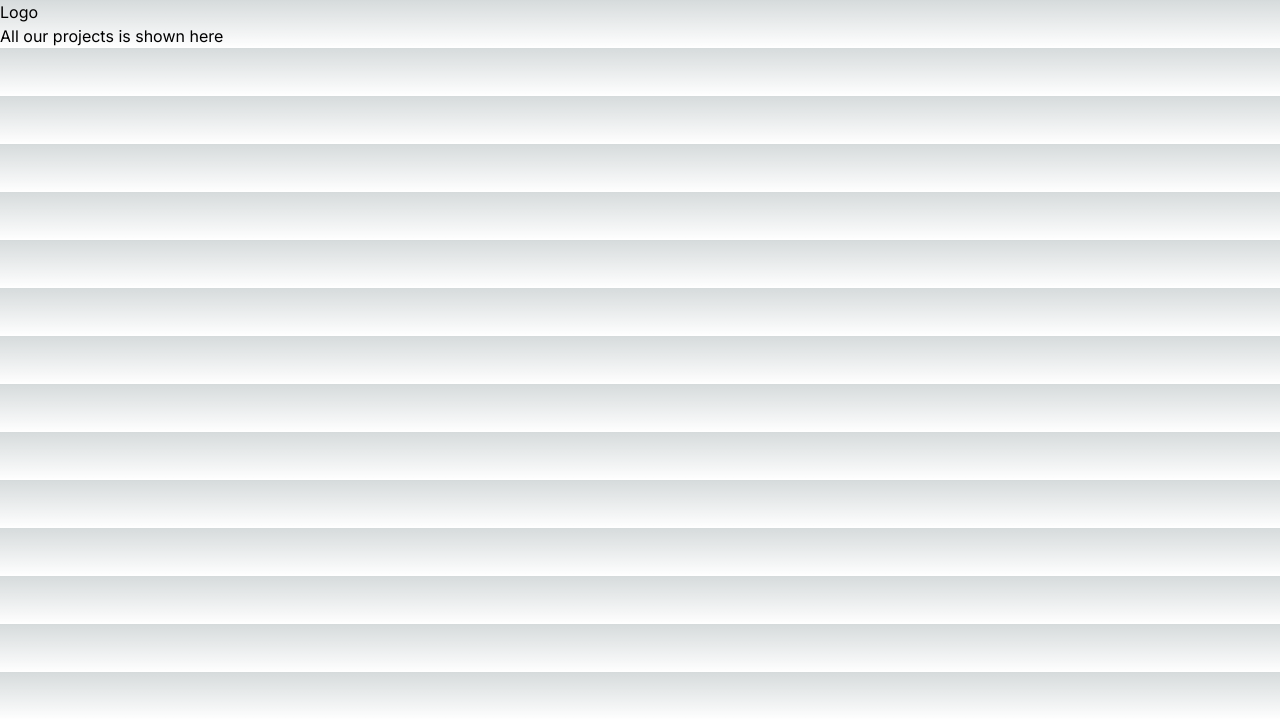
Repository: ITwhitecliffe/Portfolio
Page: /projects
These files come from the project's save history. The page is drawn as it stood at one moment and after the next save; the edit follows.
The browser window is 1280 px wide. The pictures show the whole page.
The project was rebuilt for these pictures with package versions that can differ from the ones it lists, and the page was loaded fresh each time. The framework's server and built-in components were replaced by stand-ins that run in the browser. Also part of the build but not shown: next.config.mjs, components/Project.jsx.

Above is the page before, as saved 2024-04-02 12:54:15.

### app/layout.js
import { Inter } from "next/font/google";
import "./globals.css";
import Header from "@/components/Header";

const inter = Inter({ subsets: ["latin"] });

export const metadata = {
  title: "Create Next App",
  description: "Generated by create next app",
};

export default function RootLayout({ children }) {
  return (
    <html lang="en">
      <body className={inter.className}>
        <Header />
        {children}
      </body>
    </html>
  );
}

### app/projects/page.jsx
"use client";
import React, { useState } from "react";
import projects from "@/data";
import Project from "@/components/Project";

const Projects = () => {
  const [info, setInfo] = useState(projects);

  console.log(info);
  return (
    <div>
      All our projects is shown here
      {info.map((p) => {
        <h1 key={p.id} className="flex">
          {p.title}
          {/* <Project {...p} /> */}
        </h1>;
      })}
    </div>
  );
};

export default Projects;

### components/Header.jsx
import React from "react";

const Header = () => {
  return <div>Logo</div>;
};

export default Header;

### data.js
const data = [
  {
    id: "1",
    title: "Project1",
    contest: "This is some description of the project 1",
  },
  {
    id: "2",
    title: "Project 2",
    contest: "This is some description of the project 2",
  },
  {
    id: "3",
    title: "Project 3",
    contest: "This is some description of the project 3",
  },
];

export default data;

Loaded but not shown: app/globals.css (common file); tailwind.config.js (common file)

After the next save:
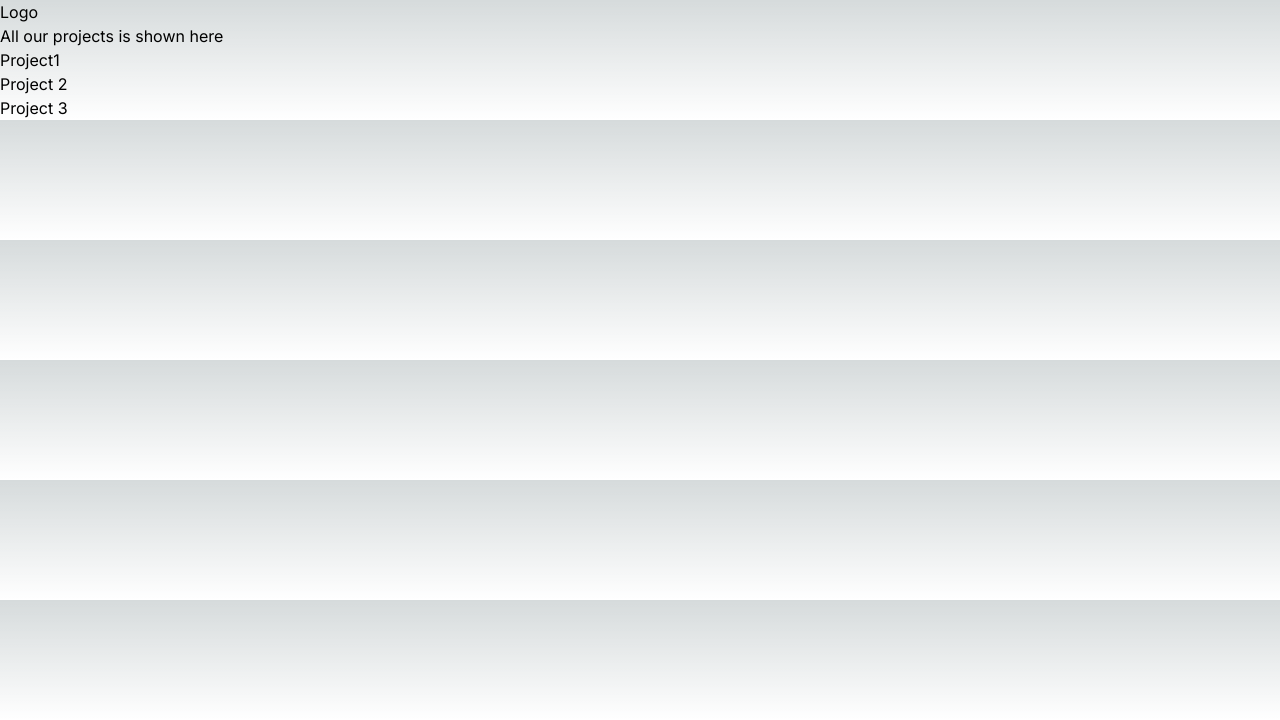
Saved 45 s later.
--- a/app/projects/page.jsx
+++ b/app/projects/page.jsx
@@ -10,12 +10,12 @@ const Projects = () => {
   return (
     <div>
       All our projects is shown here
-      {info.map((p) => {
+      {info.map((p) => (
         <h1 key={p.id} className="flex">
           {p.title}
           {/* <Project {...p} /> */}
-        </h1>;
-      })}
+        </h1>
+      ))}
     </div>
   );
 };
